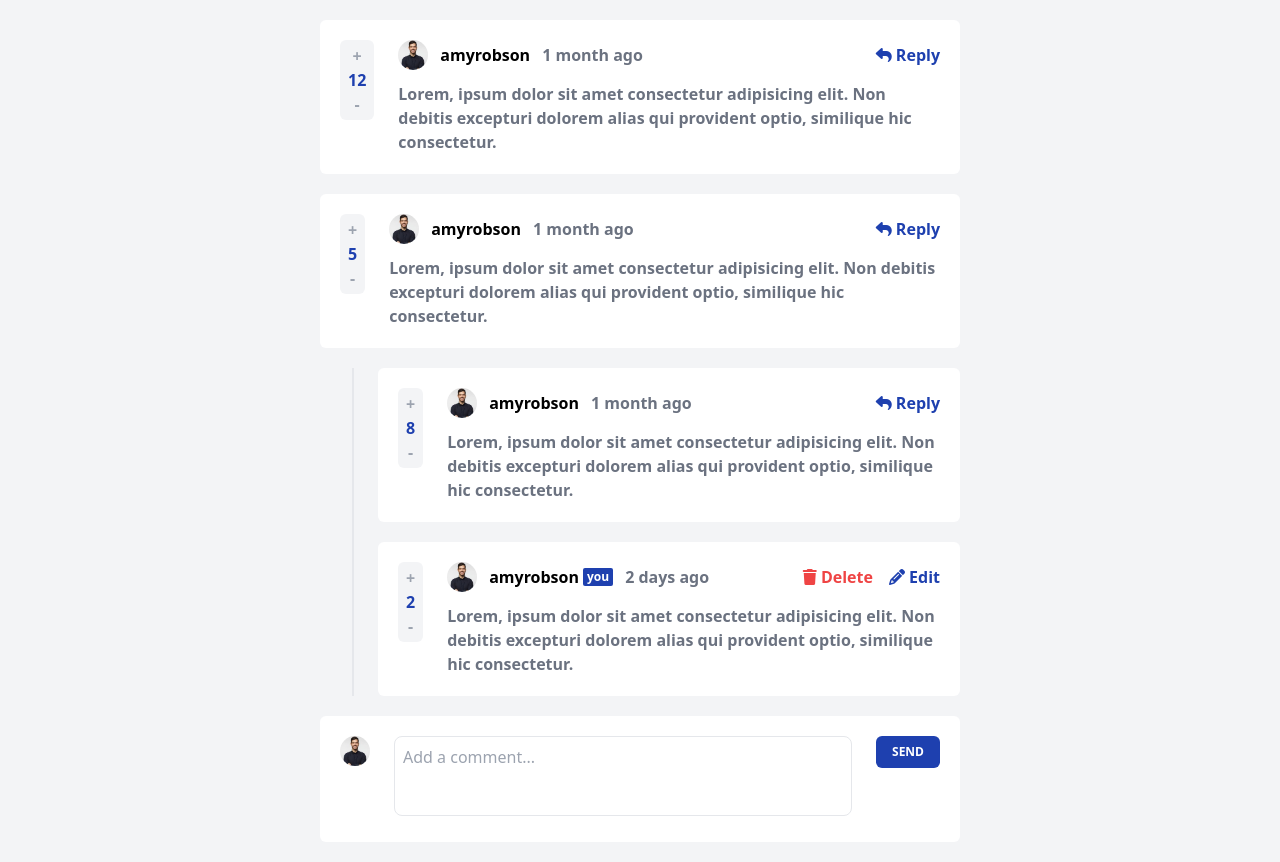
Repository: SmanSayeed/tailwind-work
Page: index.html
An editor plug-in stored every save of this project. The page is shown before and after a run of saves, followed by the edit.
The browser window is 1280 px wide. The pictures show the whole page.
Some web libraries are served in a nearby version.

Above is the page before, as saved 2024-03-15 16:02:39.

### index.html
<!DOCTYPE html>
<html>
  <head>
    <meta charset="UTF-8" />
    <meta name="viewport" content="width=device-width, initial-scale=1.0" />
    <script src="https://cdn.tailwindcss.com"></script>
    <link
      rel="stylesheet"
      href="https://cdnjs.cloudflare.com/ajax/libs/font-awesome/6.5.1/css/all.min.css"
    />
  </head>
  <!-- bg-[#F5F6FA]  -->
  <body class="bg-gray-100">
    <!-- container  -->
    <div
      class="flex justify-center items-end flex-col gap-5 lg:w-[50%]  mx-auto my-5"
    >
      <!-- card div  -->
      <div
        class="w-full p-5 rounded rounded-md bg-white flex justify-start items-start gap-6"
      >
        <!-- increment decrement part  -->
        <div
          class="flex flex-col justify-between items-center bg-gray-100 py-1 px-2 rounded-md"
        >
          <div class="text-gray-400 text-base font-semibold">+</div>
          <div class="text-blue-800 font-bold text-base">12</div>
          <div class="text-gray-400 text-base font-semibold">-</div>
        </div>
        <!-- increment decrement part end -->

        <div class="flex flex-col justify-start items-start gap-3">
          <div class="flex flex-row justify-between items-center w-full">
            <div class="flex justify-start items-center gap-3">
              <img
                src="image.jpeg"
                alt="image"
                class="h-[30px] w-[30px] rounded-full"
              />
              <div class="text-base font-bold">amyrobson</div>
              <div class="text-base text-gray-500 font-semibold">
                1 month ago
              </div>
            </div>
            <div class="text-base font-bold text-blue-800">
              <i class="fa fa-reply" aria-hidden="true"></i>
              Reply
            </div>
          </div>

          <div class="text-base text-gray-500 font-semibold">
            Lorem, ipsum dolor sit amet consectetur adipisicing elit. Non
            debitis excepturi dolorem alias qui provident optio, similique hic
            consectetur.
          </div>
        </div>
      </div>
      <!-- card div end  -->

        <!-- card div  -->
        <div
        class="w-full p-5 rounded rounded-md bg-white flex justify-start items-start gap-6"
      >
        <!-- increment decrement part  -->
        <div
          class="flex flex-col justify-between items-center bg-gray-100 py-1 px-2 rounded-md"
        >
          <div class="text-gray-400 text-base font-semibold">+</div>
          <div class="text-blue-800 font-bold text-base">5</div>
          <div class="text-gray-400 text-base font-semibold">-</div>
        </div>
        <!-- increment decrement part end -->

        <div class="flex flex-col justify-start items-start gap-3">
          <div class="flex flex-row justify-between items-center w-full">
            <div class="flex justify-start items-center gap-3">
              <img
                src="image.jpeg"
                alt="image"
                class="h-[30px] w-[30px] rounded-full"
              />
              <div class="text-base font-bold">amyrobson</div>
              <div class="text-base text-gray-500 font-semibold">
                1 month ago
              </div>
            </div>
            <div class="text-base font-bold text-blue-800">
              <i class="fa fa-reply" aria-hidden="true"></i>
              Reply
            </div>
          </div>

          <div class="text-base text-gray-500 font-semibold">
            Lorem, ipsum dolor sit amet consectetur adipisicing elit. Non
            debitis excepturi dolorem alias qui provident optio, similique hic
            consectetur.
          </div>
        </div>
      </div>
      <!-- card div end  -->

      <!-- nested card container start  -->
      <div
        class="w-[95%] pl-6 rounded-r-md border-l-2 border-l-gray-200 flex justify-end flex-col items-start gap-5"
      >
        <!-- nested card  -->
        <div
          class="w-full p-5 rounded rounded-md bg-white flex justify-start items-start gap-6"
        >
          <!-- increment decrement part  -->
          <div
            class="flex flex-col justify-between items-center bg-gray-100 py-1 px-2 rounded-md"
          >
            <div class="text-gray-400 text-base font-semibold">+</div>
            <div class="text-blue-800 font-bold text-base">8</div>
            <div class="text-gray-400 text-base font-semibold">-</div>
          </div>
          <!-- increment decrement part end -->

          <div class="flex flex-col justify-start items-start gap-3">
            <div class="flex flex-row justify-between items-center w-full">
              <div class="flex justify-start items-center gap-3">
                <img
                  src="image.jpeg"
                  alt="image"
                  class="h-[30px] w-[30px] rounded-full"
                />
                <div class="text-base font-bold">amyrobson</div>
                <div class="text-base text-gray-500 font-semibold">
                  1 month ago
                </div>
              </div>
              <div class="flex gap-2">
                <div class="text-base font-bold text-blue-800">
                  <i class="fa fa-reply" aria-hidden="true"></i>
                  Reply
                </div>
              </div>
            </div>

            <div class="text-base text-gray-500 font-semibold">
              Lorem, ipsum dolor sit amet consectetur adipisicing elit. Non
              debitis excepturi dolorem alias qui provident optio, similique hic
              consectetur.
            </div>
          </div>
        </div>
        <!-- nested card end -->

           <!-- nested card  -->
           <div
           class="w-full p-5 rounded rounded-md bg-white flex justify-start items-start gap-6"
         >
           <!-- increment decrement part  -->
           <div
             class="flex flex-col justify-between items-center bg-gray-100 py-1 px-2 rounded-md"
           >
             <div class="text-gray-400 text-base font-semibold">+</div>
             <div class="text-blue-800 font-bold text-base">2</div>
             <div class="text-gray-400 text-base font-semibold">-</div>
           </div>
           <!-- increment decrement part end -->

           <div class="flex flex-col justify-start items-start gap-3">
             <div class="flex flex-row justify-between items-center w-full">
               <div class="flex justify-start items-center gap-3">
                 <img
                   src="image.jpeg"
                   alt="image"
                   class="h-[30px] w-[30px] rounded-full"
                 />
                 <div class=" flex justify-center items-center gap-1">
                    <span class="text-base font-bold">
                        amyrobson
                    </span>
                    <span class="px-1 py-[1px] text-xs bg-blue-800 text-white rounded-sm flex justify-center items-center font-semibold">you</span>
                 </div>
                 <div class="text-base text-gray-500 font-semibold">
                   2 days ago
                 </div>
               </div>
               <div class="flex gap-4">
                <div class="text-base font-bold text-red-500">
                    <i class="fa fa-trash" aria-hidden="true"></i>
                    Delete
                  </div>
                 <div class="text-base font-bold text-blue-800">
                   <i class="fa fa-pencil" aria-hidden="true"></i>
                   Edit
                 </div>
               </div>
             </div>

             <div class="text-base text-gray-500 font-semibold">
               Lorem, ipsum dolor sit amet consectetur adipisicing elit. Non
               debitis excepturi dolorem alias qui provident optio, similique hic
               consectetur.
             </div>
           </div>
         </div>
         <!-- nested card end -->
      </div>
      <!-- nested card end  -->

      <!-- comment form div  -->

      <div
        class="w-full p-5 rounded rounded-md bg-white flex justify-center items-start gap-6"
      >
        <img
          src="image.jpeg"
          alt="image"
          class="h-[30px] w-[30px] rounded-full"
        />
        <div class="relative flex-grow">
          <textarea
            class="w-full h-20 p-2 border rounded-lg resize-none"
            placeholder="Add a comment..."
          ></textarea>
        </div>

        <button
          class="bg-blue-800 text-white px-4 py-2 text-xs rounded-md font-semibold"
        >
          SEND
        </button>
      </div>
      <!-- comment form div end  -->
    </div>
    <!-- container div end  -->
  </body>
</html>

After the next 2 saves:
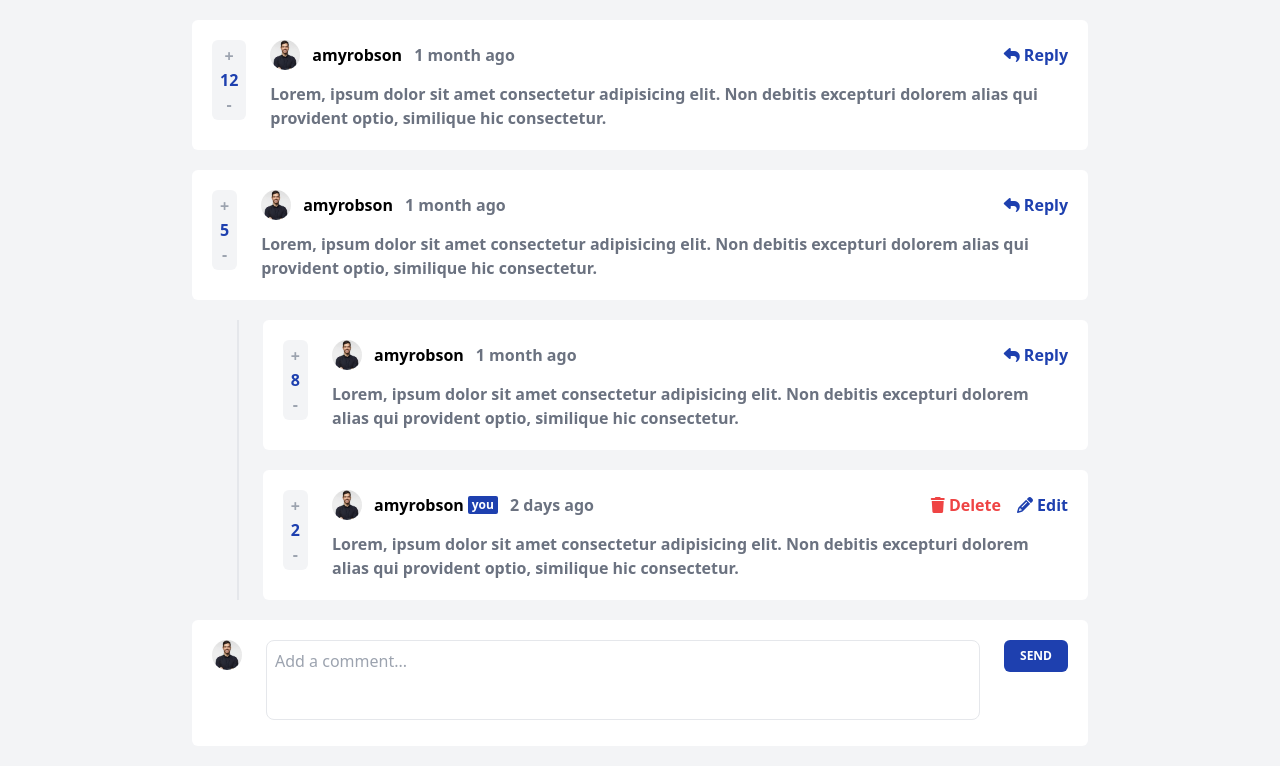
The 2 saves are shown as one change because they came seconds apart.
The last was saved 10 s later.
--- a/index.html
+++ b/index.html
@@ -13,7 +13,7 @@
   <body class="bg-gray-100">
     <!-- container  -->
     <div
-      class="flex justify-center items-end flex-col gap-5 lg:w-[50%]  mx-auto my-5"
+      class="flex justify-center items-end flex-col gap-5 lg:w-[70%] lg:w-[50%]  mx-auto my-5"
     >
       <!-- card div  -->
       <div

After the save that followed:
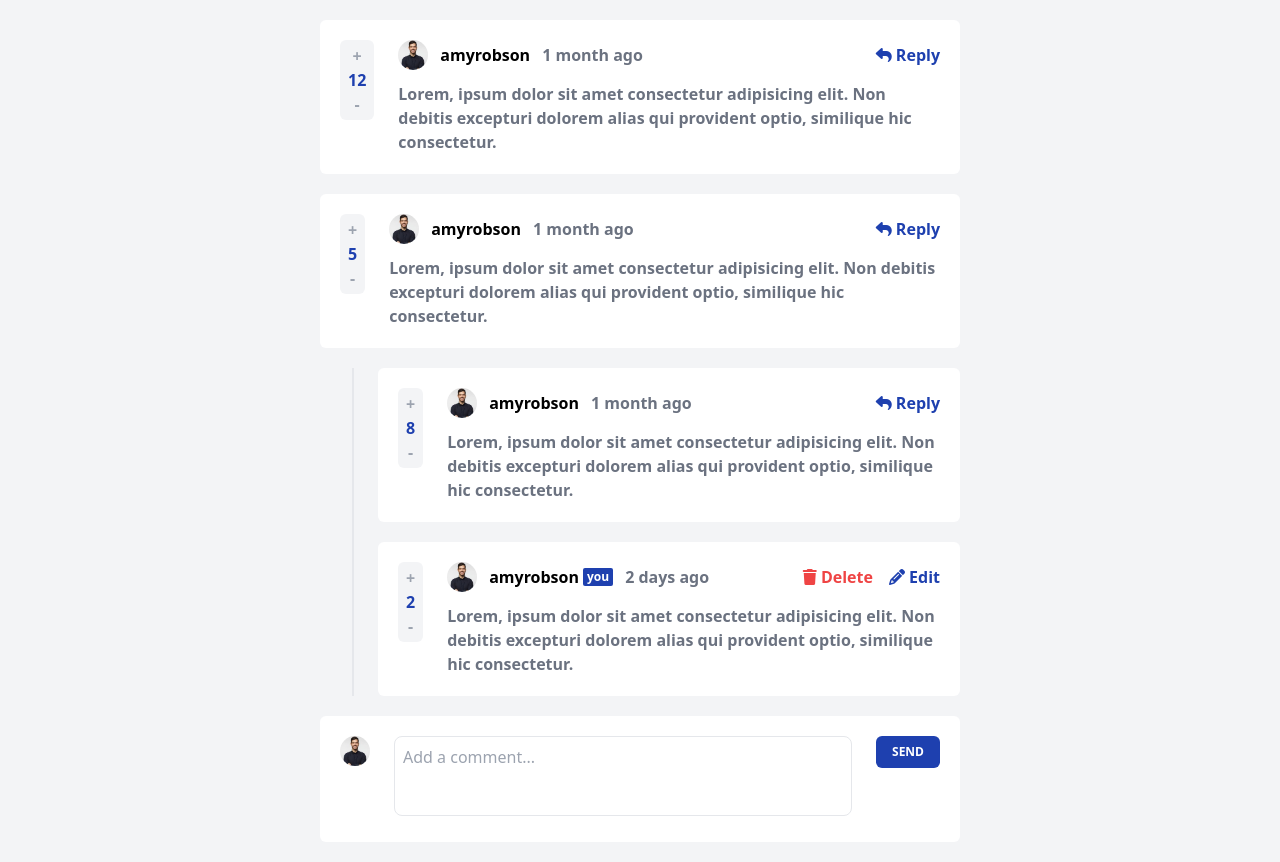
Saved 5 s later.
--- a/index.html
+++ b/index.html
@@ -13,7 +13,7 @@
   <body class="bg-gray-100">
     <!-- container  -->
     <div
-      class="flex justify-center items-end flex-col gap-5 lg:w-[70%] lg:w-[50%]  mx-auto my-5"
+      class="flex justify-center items-end flex-col gap-5 md:w-[70%] lg:w-[50%]  mx-auto my-5"
     >
       <!-- card div  -->
       <div
